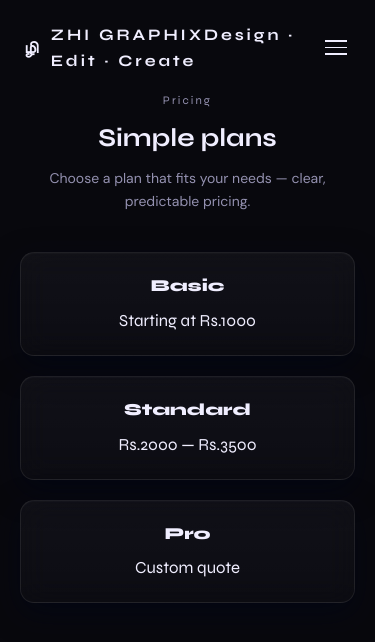
Repository: vijayan600/ZHI
Page: /pricing
The author's editor kept a copy of each file at every save. The page is drawn from the files as they stood at one save, then again after the next save.
The browser window is 375 px wide. The pictures show the whole page.
The project was rebuilt for these pictures with package versions that can differ from the ones it lists, and the page was loaded fresh each time. Also part of the build but not shown: vite.config.js, src/pages/Home.module.css, src/components/StatBadge.module.css, src/components/StatBadge.jsx, src/components/ServiceCards.module.css, src/components/ProcessSection.module.css, src/components/ProcessSection.jsx, src/components/ServiceCards.jsx and 3 more.

Above is the page before, as saved 2026-05-02 11:37:36.

After the next save:
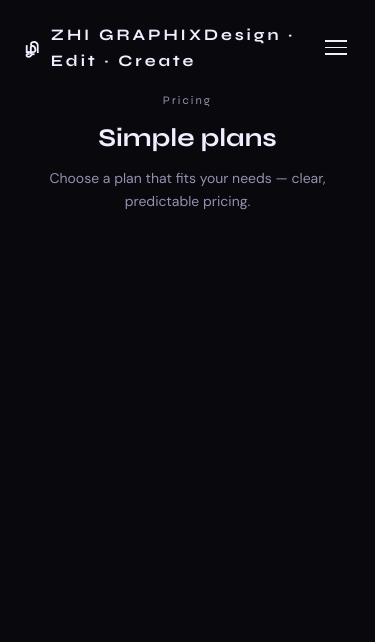
Saved 38 s later.
--- a/src/pages/Pricing.module.css
+++ b/src/pages/Pricing.module.css
@@ -1,4 +1,4 @@
-/* iPhone Glassmorphism pricing styles */
+/* iPhone-style Glassmorphism pricing styles */
 .section {
   padding: 88px 0;
   background: var(--bg);
@@ -21,34 +21,73 @@
   margin-top: 36px;
 }
 
-/* Glass card */
+/* Card shell */
 .card {
   position: relative;
-  padding: 28px;
+  overflow: hidden;
+  border-radius: 22px;
+  transition: transform 320ms cubic-bezier(.2,.9,.3,1), box-shadow 320ms ease;
+}
+
+.cardVisible { opacity: 1; transform: translateY(0); }
+.card { opacity: 0; transform: translateY(12px); }
+.cardHovered { transform: translateY(-8px) scale(1.01); }
+
+/* Glass inner panel */
+.glassInner {
+  position: relative;
+  padding: 22px;
   border-radius: 18px;
-  background: linear-gradient(180deg, rgba(255,255,255,0.04), rgba(255,255,255,0.02));
-  border: 1px solid rgba(255,255,255,0.08);
-  backdrop-filter: blur(14px) saturate(140%);
-  -webkit-backdrop-filter: blur(14px) saturate(140%);
-  box-shadow: 0 10px 30px rgba(2,6,23,0.6), inset 0 1px 0 rgba(255,255,255,0.02);
-  text-align: center;
-  transition: transform 0.28s ease, box-shadow 0.28s ease;
+  background: linear-gradient(180deg, rgba(255,255,255,0.06), rgba(255,255,255,0.03));
+  border: 1px solid rgba(255,255,255,0.09);
+  backdrop-filter: blur(16px) saturate(140%);
+  -webkit-backdrop-filter: blur(16px) saturate(140%);
+  box-shadow: 0 10px 30px rgba(2,6,23,0.55), inset 0 1px 0 rgba(255,255,255,0.02);
+  min-height: 340px;
+  display: flex;
+  flex-direction: column;
+  align-items: stretch;
 }
-.card:hover { transform: translateY(-6px); box-shadow: 0 18px 45px rgba(2,6,23,0.7); }
 
-.card h3 {
-  font-family: var(--font-display);
-  font-size: 1.05rem;
-  font-weight: 800;
-  margin: 0 0 8px;
-}
-.price {
-  font-family: var(--font-display);
-  font-size: 1.05rem;
-  color: var(--text-primary);
-  margin: 0;
-}
-.priceNote { color: var(--text-secondary); margin-top: 8px; font-size: 0.9rem; }
+/* iPhone notch visual */
+.notch { width: 100%; display:flex; justify-content:center; margin-bottom:8px; }
+.notchPill { width: 120px; height: 8px; border-radius: 999px; background: linear-gradient(90deg, rgba(255,255,255,0.6), rgba(255,255,255,0.15)); opacity: 0.7; box-shadow: 0 1px 0 rgba(0,0,0,0.15) inset; }
 
-@media (max-width: 900px) { .grid { grid-template-columns: repeat(2,1fr); } }
-@media (max-width: 600px) { .grid { grid-template-columns: 1fr; } .card { padding: 20px; border-radius: 14px; } }
+.cardTop { display:flex; justify-content:space-between; align-items:center; gap:12px; margin-bottom:10px; }
+.num { font-weight:700; color:var(--text-secondary); font-size:0.95rem; }
+.tag { font-weight:800; font-family:var(--font-display); }
+
+.cardTitle { font-family: var(--font-display); font-size:1.15rem; margin: 6px 0 8px; font-weight:800; }
+
+.priceBlock { display:flex; flex-direction:column; align-items:center; gap:6px; margin-bottom:10px; }
+.unit { font-size:0.78rem; color:var(--text-secondary); }
+.priceRow { display:flex; gap:8px; align-items:baseline; justify-content:center; }
+.price { font-family: var(--font-display); font-size:1.05rem; font-weight:800; }
+.priceDash { opacity:0.6; }
+
+.divider { height:1px; width:100%; margin: 12px 0 14px; border-radius:2px; }
+
+.features { list-style:none; padding:0; margin:0; display:flex; flex-direction:column; gap:8px; flex:1 1 auto; }
+.feature { display:flex; gap:12px; align-items:center; color:var(--text-secondary); font-size:0.95rem; }
+.featureDot { width:10px; height:10px; border-radius:50%; flex:0 0 10px; }
+
+.cta { display:inline-flex; align-items:center; gap:10px; justify-content:center; padding:12px 18px; margin-top:14px; border-radius:12px; text-decoration:none; border:1px solid rgba(255,255,255,0.06); font-weight:700; }
+.ctaArrow { opacity:0.9; margin-left:6px; }
+
+.gloss { position:absolute; inset:0; pointer-events:none; background: linear-gradient(180deg, rgba(255,255,255,0.06), rgba(255,255,255,0.01)); mix-blend-mode: overlay; }
+.glowRing { position:absolute; inset: -20px; border-radius: 28px; pointer-events:none; }
+
+.popularBadge { position:absolute; top:12px; right:12px; padding:8px 12px; border-radius:999px; color:#000; font-weight:700; transform: translateY(-6px); }
+.cardPopular .glassInner { box-shadow: 0 20px 60px rgba(0,0,0,0.6), inset 0 1px 0 rgba(255,255,255,0.03); }
+
+.blobA, .blobB, .blobC { position:absolute; border-radius:50%; filter: blur(36px); opacity:0.12; pointer-events:none; }
+.blobA { width: 360px; height:360px; left: -80px; top: -40px; background: linear-gradient(135deg,var(--c, #7dd3fc), transparent); }
+.blobB { width: 240px; height:240px; right: -60px; top: 40px; background: linear-gradient(135deg,var(--c, #ff7ab6), transparent); }
+.blobC { width: 420px; height:420px; left: 30%; bottom: -140px; background: linear-gradient(135deg,var(--c, #b78bff), transparent); }
+.grain { position:absolute; inset:0; background-image: url('/assets/grain.png'); opacity:0.02; pointer-events:none; }
+
+.note { text-align:center; margin-top:28px; color:var(--text-secondary); }
+.noteLink { color:var(--accent); font-weight:700; text-decoration:none; }
+
+@media (max-width: 1000px) { .grid { grid-template-columns: repeat(2,1fr); } }
+@media (max-width: 640px) { .grid { grid-template-columns: 1fr; } .glassInner { padding:18px; border-radius:14px; min-height: auto; } }
